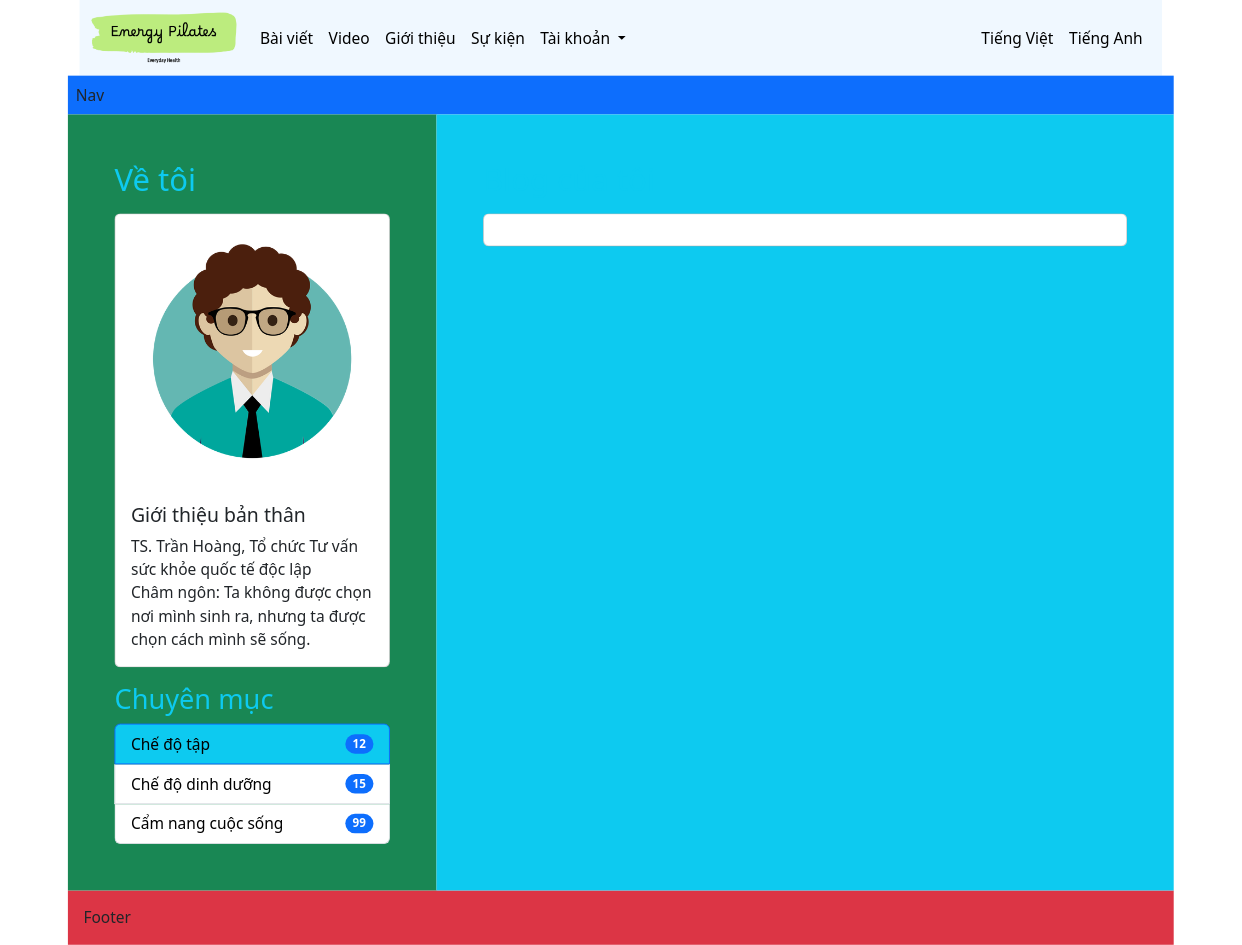
Repository: KizukoHeiwa/SOF308
Page: Lab1/index.html
These files come from the project's save history. The page is drawn as it stood at one moment and after the next save; the edit follows.
The browser window is 1280 px wide. The pictures show the whole page, at 97% of full size.

Above is the page before, as saved 2024-10-31 10:10:11.

After the next save:
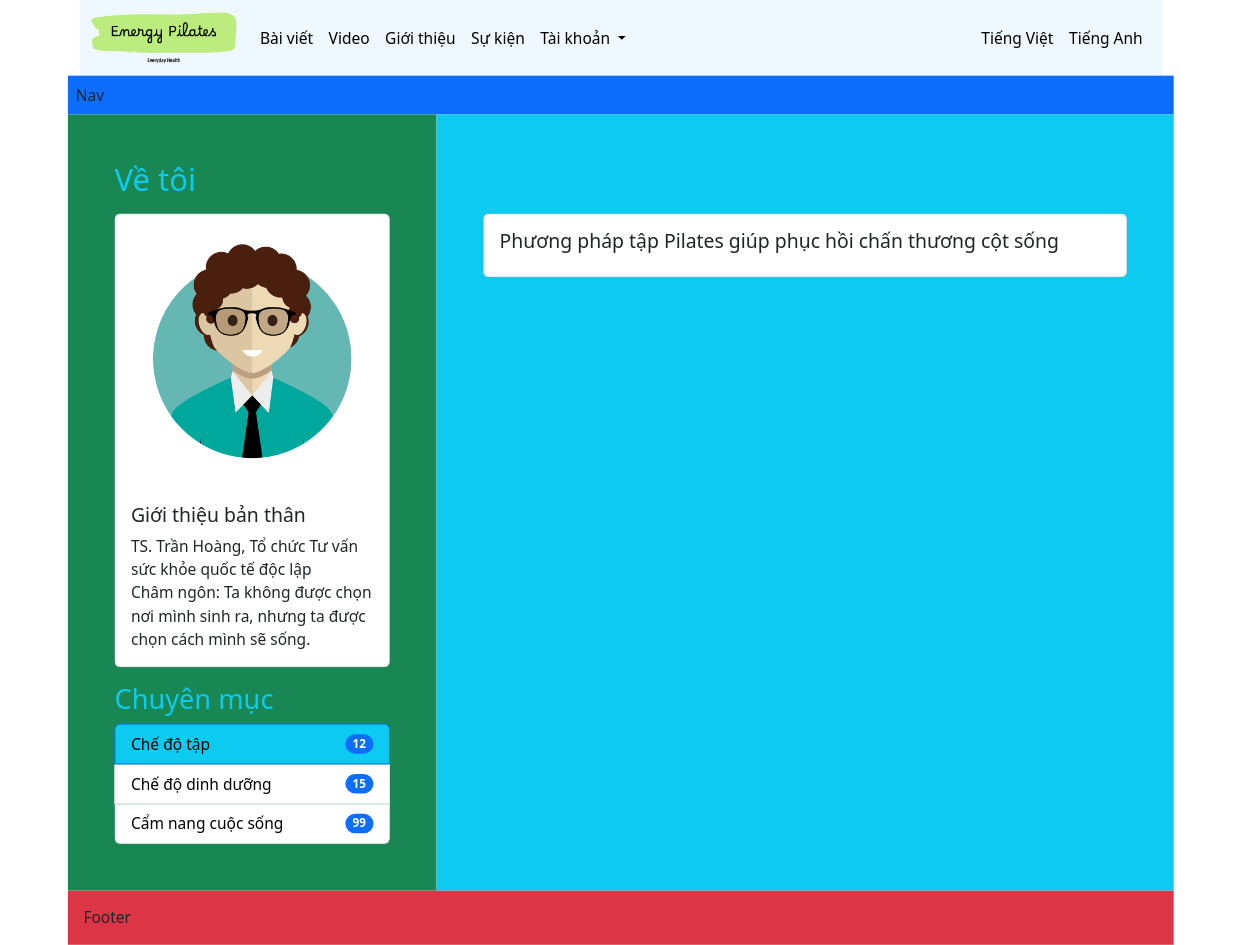
Saved 34 s later.
--- a/Lab1/index.html
+++ b/Lab1/index.html
@@ -105,7 +105,7 @@
                     <h2 class="text-info mb-3">Blog của tôi</h2>
                     <div class="card">
                         <div class="card-body">
-
+                            <h5 class="card-title">Phương pháp tập Pilates giúp phục hồi chấn thương cột sống </h5>
                         </div>
                     </div>
                 </div>
